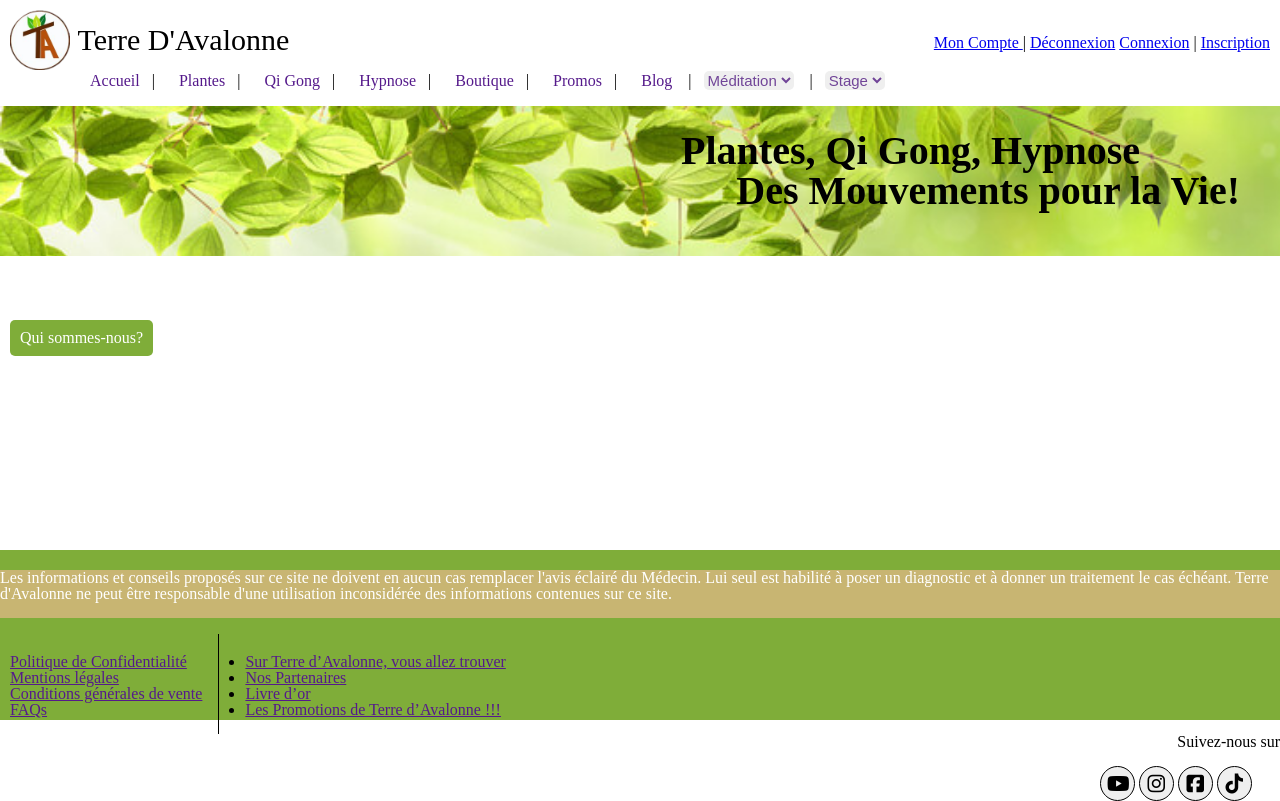
Repository: Michelhof1978/TerreDavalonne
Page: templates/base.html
An editor plug-in stored every save of this project. The page is shown before and after the next save, followed by the edit.
The browser window is 1280 px wide. The pictures show the whole page.
Some web fonts or font styles are not loaded; a fallback is used. Some web libraries are served in a nearby version.

Above is the page before, as saved 2022-05-04 16:07:51.

### templates/base.html
<!DOCTYPE html>
<html lang="fr">

<head>
  <meta charset="UTF-8">
  <meta http-equiv="X-UA-Compatible" content="IE=edge">
  <meta name="viewport" content="width=device-width, initial-scale=1.0">
  <title>Newsletter</title>
  <link rel="stylesheet" href="/assets/reset.css" type="text/css">
  <script src="https://kit.fontawesome.com/a9becd4f18.js" crossorigin="anonymous"></script>
  <link rel="preconnect" href="https://fonts.googleapis.com">
  <link rel="preconnect" href="https://fonts.gstatic.com" crossorigin>
  <link
    href="https://fonts.googleapis.com/css2?family=Cairo:wght@500&family=Dancing+Script:wght@600;700&family=Ms+Madi&family=Updock&display=swap"
    rel="stylesheet">
</head>

<body>
  <header>
    <div style="float: left; padding:auto">
      <img class="logoTerreDavalonne" src="/assets/img/logoTerreDavalonne.png" alt="logo terre d'avalonne">
    </div>
    <div style="padding:10px">
      <h1 style="margin-top:15px">&nbspTerre D'Avalonne</h1>
    </div>

    <div class="login">

      <a href="{{path('account')}}">Mon Compte <small> </small></a> | <a href="{{path('app_logout')}}">Déconnexion</a>

      <a href="{{path('app_login')}}">Connexion</a> | <a href="{{path('registrer')}}">Inscription</a>

    </div>
    </div>


    <nav>
      <ul class="nav">
        <li class="nav-item">
          <a class="nav-link" href="">Accueil</a>&nbsp&nbsp&nbsp|
        </li>

        <li class="nav-item">
          <a class="nav-link" href="">Plantes</a>&nbsp&nbsp&nbsp|
        </li>

        <li class="nav-item">
          <a class="nav-link" href="">Qi Gong</a>&nbsp&nbsp&nbsp|
        </li>

        <li class="nav-item">
          <a href="">Hypnose</a>&nbsp&nbsp&nbsp|
        </li>

        <li class="nav-item">
          <a class="nav-link" href="">Boutique</a>&nbsp&nbsp&nbsp|
        </li>

        <li class="nav-item">
          <a class="nav-link" href="">Promos</a>&nbsp&nbsp&nbsp|
        </li>

        <li class="nav-item">
          <a class="nav-link" href="">Blog </a>&nbsp&nbsp&nbsp|&nbsp&nbsp
        </li>

        <select class=form-control>
          <option value=un>Méditation</option>
          <option value=deux>Deux</option>
          <option value=trois>Trois</option>
        </select>
        &nbsp&nbsp&nbsp|&nbsp&nbsp
        <select class=form-control>
          <option value=un>Stage</option>
          <option value=deux>Deux</option>
          <option value=trois>Trois</option>
        </select>
      </ul>

    </nav>




  </header>

  <div class="banniere">
    <div class="btn-banniere">
      <a class="link-banniere" href="">Qui sommes-nous?</a>
    </div>

    <div class="textBaniere ">Plantes, Qi Gong, Hypnose &nbsp&nbsp&nbsp&nbsp&nbsp&nbsp&nbsp&nbsp&nbsp<br>
      Des Mouvements pour la Vie!
    </div>
  </div>


















  <footer>
    <p class="warning"> Les informations et conseils proposés sur ce site ne doivent en aucun cas remplacer l'avis éclairé du Médecin.
      Lui seul est habilité à poser un diagnostic et à donner un traitement le cas échéant. Terre d'Avalonne ne peut être responsable d'une utilisation inconsidérée des informations contenues sur ce site.
    </p>
    <div style="display: flex;">
      <ul class="ulFooter">
        <li>
          <a href="">Politique de Confidentialité</a>
        </li>
        <li>
          <a href="">Mentions légales</a>
        </li>
        <li class>
          <a href="">Conditions générales de vente</a>
        </li>
        <li class>
          <a href="">FAQs</a>
        </li>
      </ul>
      <div class="footer-separator"></div>
      <ul class="ulFooter">
        <li>
          <a href="">Sur Terre d’Avalonne, vous allez trouver</a>
        </li>
        <li>
          <a href="">Nos Partenaires</a>
        </li>
        <li class>
          <a href="">Livre d’or</a>
        </li>
        <li class>
          <a href="">Les Promotions de Terre d’Avalonne !!!</a>
        </li>
      </ul>
    </div>

    <div class="reseaux">
      <p class="suivez-nous">Suivez-nous sur</p>
      <div class="reseauButton">
        <button class="reseaux1"><a href="https://www.youtube.com/results?search_query=terre+d%27avalonne" <i
            class="fa-brands fa-youtube" style="font-size:20px;text-decoration:none;color:black;"></i></a></button>
        <button class="reseaux2"><a href="https://www.instagram.com/terredavalonne/" <i class="fa fa-instagram"
            style="font-size:20px;text-decoration:none;color:black;"></i></a></button>
        <button class="reseaux3"><a href="https://www.facebook.com/Avalonne.naturopathe.lyon/" <i
            class="fa-brands fa-facebook-square"
            style="font-size:20px;text-decoration:none;color:black;"></i></a></button>
        <button class="reseaux4"><a href="https://www.tiktok.com/@terre_d_avalonne" <i class="fa-brands fa-tiktok"
            style="font-size:20px;text-decoration:none;color:black;"></i></a></button>

      </div>

  </footer>



</body>

<style>
  .logoTerreDavalonne {
    width: 60px;
    height: 60px;
    margin-left: 10px;
    margin-top: 10px;
  }

  h1 {
    font-size: 30px;
    margin: auto;
  }

  .login {
    text-align: end;
    color: black;
    text-decoration: none;
    margin-right: 10px;
    margin-top: -30px;
  }

  ul {
    padding-top: 20px;
    font-size: 1rem;

  }

  .nav-item {
    display: inline;
    padding-left: 20px;

  }

  nav a {
    text-decoration: none;
  }


  nav a:hover {
    color: #0d3d9e;
  }

  .form-control {
    border-radius: 5px;
    border: 0px solid;
    font-size: 15px;
    color: rgba(89, 37, 135, 0.845);
  }

  .banniere {
    background-image: url("/assets/img/BanniereProvisoir.jpg");
    background-size: 100%;
    height: 150px;

  }



  .textBaniere {

    padding-right: 40px;
    font-size: 40px;
    text-align: right;
    padding-top: 25px;
    font-weight: 600;
    font-family: 'Cairo', sans-serif;
    font-family: 'Dancing Script', cursive;
    font-family: 'Ms Madi', cursive;
    font-family: 'Updock', cursive;

  }

  .link-banniere{
    text-decoration: none;
    color: white;
  }

  .btn-banniere {

    background-color: #7FAD39;
    padding: 10px;
    border-radius: 5px;
    cursor: pointer;
    position: absolute;
    top: 43%;
    margin: 10px;
    text-decoration: none;
    color: white;

  }

  .btn-banniere:hover {
    background-color: #99f80a;
  }


  .reseauButton {
    padding-right: 28px;
  }

  footer {
    position: absolute;
    bottom: 0;
    width: 100%;
    height: 150px;
    background-color: #7FAD39;
    padding-top: 20px;
  }

  .warning{
    height: 3em;
    background-color: #C8B572 ;
    color: white;
    padding-top: ;
  }

  .ulFooter {
    text-align: left;
    padding-left: 10px;

  }



  .footer-separator {
    width: 1px;
    margin-left: 16px;
    margin-right: 16px;
    background-color: #000;
  }

  .reseaux {
    text-align: end;
  }

  .reseaux1,
  .reseaux2,
  .reseaux3,
  .reseaux4 {
    height: 35px;
    width: 35px;
    border-radius: 50%;
    border: 1px solid #000;
    text-align: end;
    padding-right: 8px;
  }

  .reseaux1:hover {

    background-color: rgba(224, 107, 107, 0.919);
  }

  .reseaux2:hover {
    background-color: rgba(168, 73, 168, 0.848);
  }

  .reseaux3:hover {
    background-color: rgba(63, 162, 189, 0.554);
  }

  .reseaux4:hover {
    background-color: rgb(230, 157, 12);
  }
</style>

</html>

### assets/reset.css

  html,
  body,
  div,
  span,
  applet,
  object,
  iframe,
  h1,
  h2,
  h3,
  h4,
  h5,
  h6,
  p,
  blockquote,
  pre,
  a,
  abbr,
  acronym,
  address,
  big,
  cite,
  code,
  del,
  dfn,
  em,
  img,
  ins,
  kbd,
  q,
  s,
  samp,
  small,
  strike,
  strong,
  sub,
  sup,
  tt,
  var,
  b,
  u,
  i,
  center,
  dl,
  dt,
  dd,
  ol,
  ul,
  li,
  fieldset,
  form,
  label,
  legend,
  table,
  caption,
  tbody,
  tfoot,
  thead,
  tr,
  th,
  td,
  article,
  aside,
  canvas,
  details,
  embed,
  figure,
  figcaption,
  footer,
  header,
  hgroup,
  menu,
  nav,
  output,
  ruby,
  section,
  summary,
  time,
  mark,
  audio,
  video {
    margin-left: 0;
    margin-right: 0;
    margin-top: 0;
    padding: 0;
    border: 0;
    font-size: 100%;
    font: inherit;
    vertical-align: baseline;
  }

  /* HTML5 display-role reset for older browsers */
  article,
  aside,
  details,
  figcaption,
  figure,
  footer,
  header,
  hgroup,
  menu,
  nav,
  section {
    display: block;
  }

  body {
    line-height: 1;
  }

After the next save:
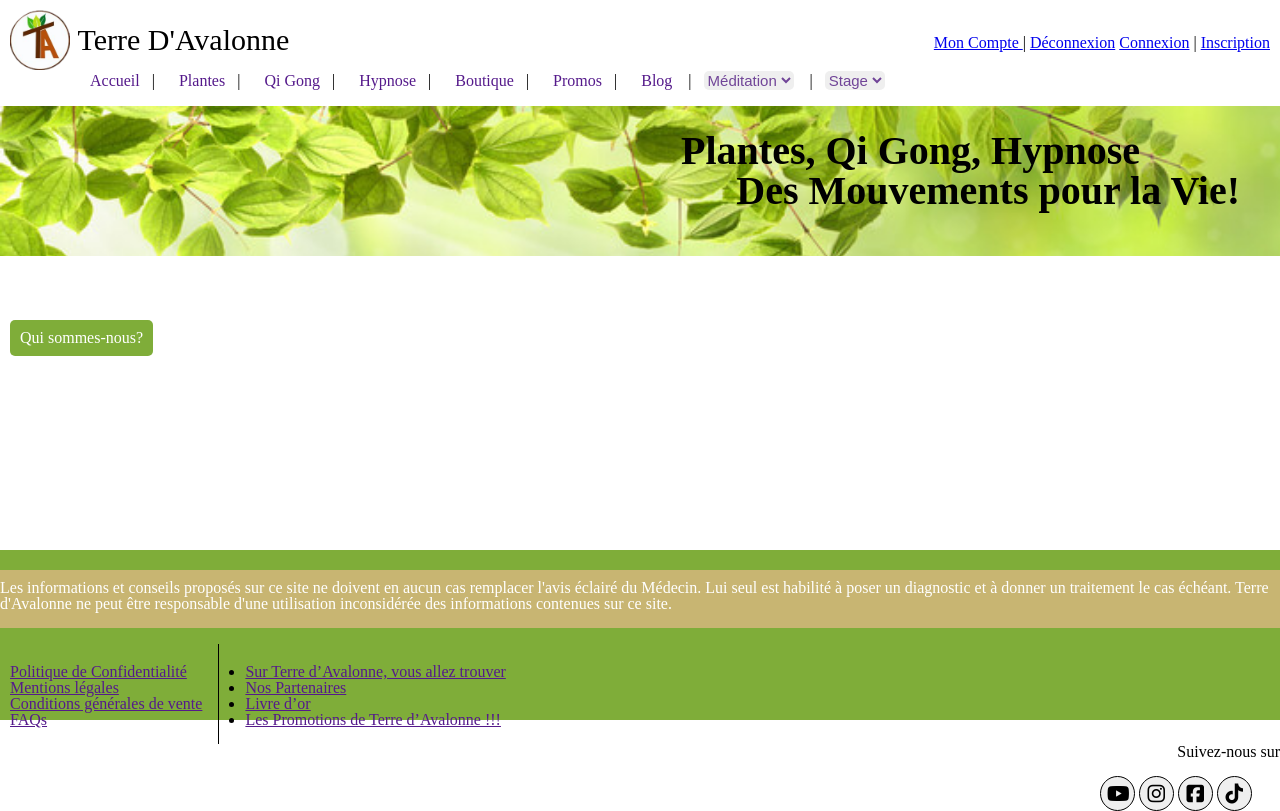
Saved 6 s later.
--- a/templates/base.html
+++ b/templates/base.html
@@ -281,7 +281,7 @@
     height: 3em;
     background-color: #C8B572 ;
     color: white;
-    padding-top: ;
+    padding-top: 10px;
   }
 
   .ulFooter {
